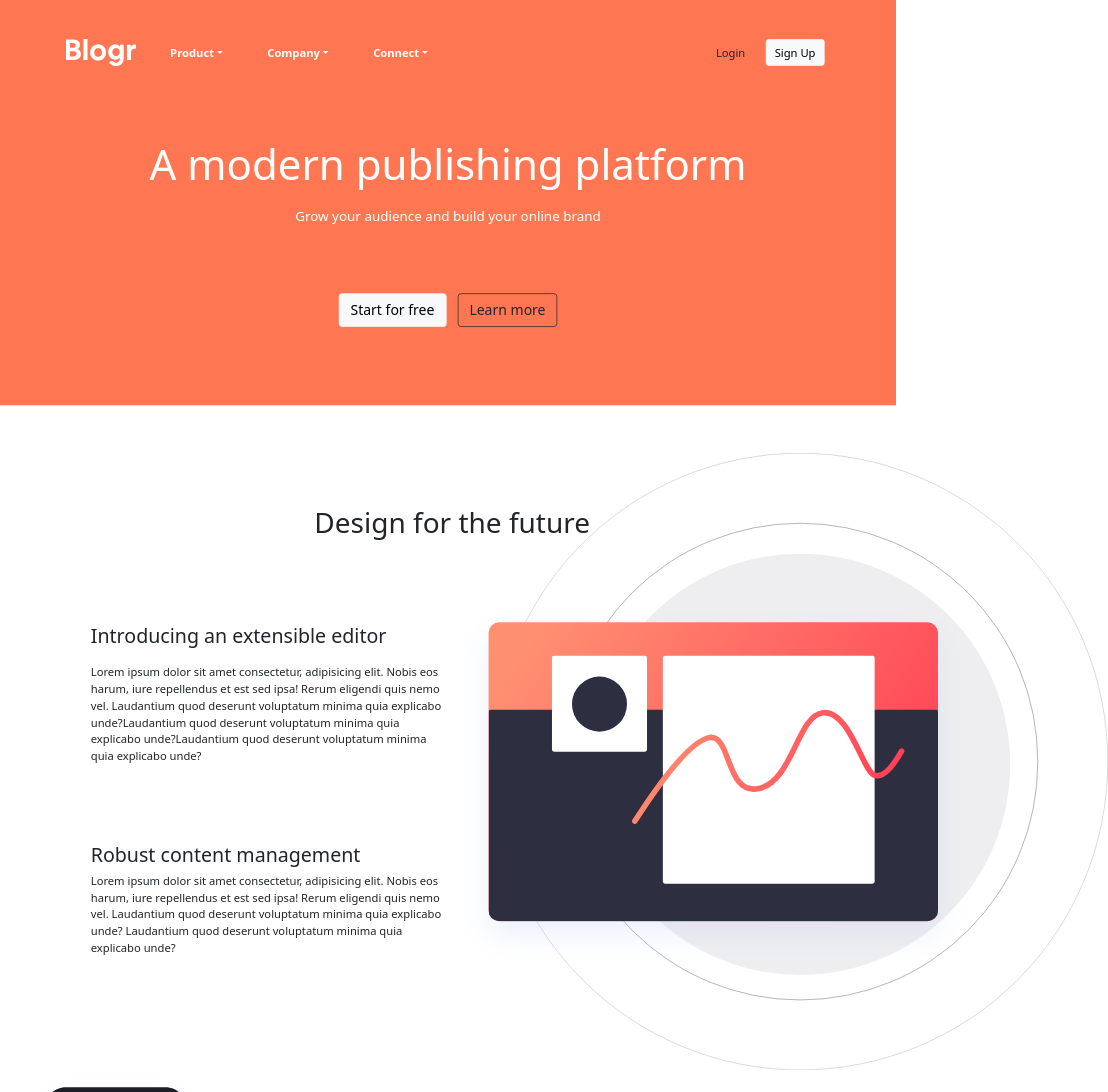
Repository: badhon252/blogr-landing-page
Page: /
An editor plug-in stored every save of this project. The page is shown before and after the next save, followed by the edit.
The browser window is 1280 px wide. The page is 1583 px wide, so the pictures cover 1583 px, including what lies to the right of the window. The pictures show the part of the page from y = 0 to 1560 px (the page is 3222 px tall), at 70% of full size.
The project was rebuilt for these pictures with package versions that can differ from the ones it lists, and the page was loaded fresh each time.

Above is the page before, as saved 2022-01-18 22:50:12.

### public/index.html
<!DOCTYPE html>
<html lang="en">

<head>
  <meta charset="utf-8" />
  <link rel="icon" href="%PUBLIC_URL%/favicon.ico" />
  <meta name="viewport" content="width=device-width, initial-scale=1" />
  <meta name="theme-color" content="#000000" />
  <meta name="description" content="Web site created using create-react-app" />
  <link rel="apple-touch-icon" href="%PUBLIC_URL%/logo192.png" />

  <link rel="manifest" href="%PUBLIC_URL%/manifest.json" />
  <!-- Bootstrap css  -->
  <link href="https://cdn.jsdelivr.net/npm/bootstrap@5.1.3/dist/css/bootstrap.min.css" rel="stylesheet"
    integrity="sha384-1BmE4kWBq78iYhFldvKuhfTAU6auU8tT94WrHftjDbrCEXSU1oBoqyl2QvZ6jIW3" crossorigin="anonymous">


  <title>Blogr</title>
</head>

<body>
  <noscript>You need to enable JavaScript to run this app.</noscript>
  <div id="root"></div>

  <!-- Bootstrap js  -->
  <script src="https://cdn.jsdelivr.net/npm/bootstrap@5.1.3/dist/js/bootstrap.bundle.min.js"
    integrity="sha384-ka7Sk0Gln4gmtz2MlQnikT1wXgYsOg+OMhuP+IlRH9sENBO0LRn5q+8nbTov4+1p"
    crossorigin="anonymous"></script>

</body>

</html>

### src/App.js
import Maincomp from "./components/MainComp";

function App() {
  return (
    <div className="App">
      <Maincomp />
    </div>
  );
}

export default App;

### src/components/MainComp.js
import React from "react";
import Fact from "./Facility/Fact";
import Footer from "./Footer/Footer";
import Header from "./Header/Header";
import Info from "./Info/Info";
import Intro from "./Intro/Intro";

const Maincomp = () => {
  return (
    <div>
      <Header />
      <Intro />
      <Fact />
      <Info />
      <Footer />
    </div>
  );
};

export default Maincomp;

### src/components/Facility/Fact.js
import React from "react";
import phones from "../../images/illustration-phones.svg";
export default function Fact() {
  return (
    <div className=" fact">
      <div className="row container">
        <div className="col-md-6">
          <img className="w-100 fact-img" src={phones} alt="Phone images" />
        </div>
        <div className="col-md-6 py-5 fact-params">
          <h3>State of the Art infrastructure</h3>
          <p>
            Lorem ipsum dolor sit amet consectetur adipisicing elit. Veniam
            culpa veritatis ut molestias consectetur minus fugit, quaerat, quos
            assumenda officia unde rerum. Nam quaerat expedita iure, voluptates
            delectus quisquam quod. Nam quaerat expedita iure, voluptates
            delectus quisquam quod.
          </p>
        </div>
      </div>
    </div>
  );
}

### src/components/Footer/Footer.js
import logo from "../../images/logo.svg";
import React from "react";
export default function Footer() {
  return (
    <div>
      <div className="footer">
        <div className="container py-5">
          <div className="row py-5 ">
            <div className="col-md-3">
              <img src={logo} alt="" />
            </div>
            <div className="col-md-3">
              <li>
                <a href="/" className="py-3 h5">
                  Product
                </a>
              </li>
              <br />
              <li>
                <a href="/" className="">
                  Overview
                </a>
              </li>
              <li>
                <a href="/" className="">
                  Pricing
                </a>
              </li>
              <li>
                <a href="/" className="">
                  MarketPlace
                </a>
              </li>
              <li>
                <a href="/" className="">
                  Features
                </a>
              </li>
              <li>
                <a href="/" className="">
                  Integrations
                </a>
              </li>
            </div>
            <div className="col-md-3">
              <li>
                <a href="/" className="py-3 h5">
                  Company
                </a>
              </li>
              <br />
              <li>
                <a href="/" className="">
                  About
                </a>
              </li>
              <li>
                <a href="/" className="">
                  Team
                </a>
              </li>
              <li>
                <a href="/" className="">
                  Blog
                </a>
              </li>
              <li>
                <a href="/" className="">
                  Careers
                </a>
              </li>
            </div>
            <div className="col-md-3">
              <li>
                <a href="/" className="py-5 h5">
                  Connect
                </a>
              </li>
              <br />
              <li>
                <a href="/" className="">
                  Connect
                </a>
              </li>
              <li>
                <a href="/" className="">
                  Newslatter
                </a>
              </li>
              <li>
                <a href="/" className="">
                  LinkIn
                </a>
              </li>
            </div>
          </div>
        </div>
      </div>
    </div>
  );
}

### src/components/Header/Header.js
import React from "react";
import Nav from "./Nav";
import "../styles/index.css";
import HeaderContent from "./HeaderContent";

export default function Header() {
  return (
    <div className="header">
      <div className="container">
        <Nav />
        <HeaderContent />
      </div>
    </div>
  );
}

### src/components/Info/Info.js
import React from "react";
import Logo from "../../images/illustration-laptop-desktop.svg";
import "../styles/index.css";

export default function Info() {
  return (
    <div className="container-fluid">
      <div className="row ms-auto pt-5 mt-5">
        <div className="col-md-6">
          <img
            className=" info-img"
            src={Logo}
            alt="This is MobileLogo svg img"
          ></img>
        </div>
        <div className="col-md-6 info-param">
          <div className=" py-3">
            <h3 className="py-3">Free, Open, Simple</h3>
            <p>
              Lorem ipsum dolor sit amet consectetur, adipisicing elit. Nobis
              eos harum, iure repellendus et est sed ipsa! Rerum eligendi quis
              nemo vel. Laudantium quod deserunt voluptatum minima quia
              explicabo unde?Laudantium quod deserunt voluptatum minima quia
              explicabo unde?Laudantium quod deserunt voluptatum minima quia
              explicabo unde?
            </p>
          </div>
          <div className="py-3">
            <h3>Powerfull Tooling</h3>
            <p>
              Lorem ipsum dolor sit amet consectetur, adipisicing elit. Nobis
              eos harum, iure repellendus et est sed ipsa! Rerum eligendi quis
              nemo vel. Laudantium quod deserunt voluptatum minima quia
              explicabo unde? Laudantium quod deserunt voluptatum minima quia
              explicabo unde?
            </p>
          </div>
        </div>
      </div>
    </div>
  );
}

### src/components/Intro/Intro.js
import React from "react";
import MobileLogo from "../../images/illustration-editor-desktop.svg";
import "../styles/index.css";

export default function Intro() {
  return (
    <div className="container-fluid">
      <div className="row ms-auto pt-5 mt-5">
        <h1 className="intro-h1 py-5">Design for the future</h1>
        <div className="col-md-1"></div>
        <div className="col-md-5">
          <div className=" py-5">
            <h3 className="py-3">Introducing an extensible editor</h3>
            <p>
              Lorem ipsum dolor sit amet consectetur, adipisicing elit. Nobis
              eos harum, iure repellendus et est sed ipsa! Rerum eligendi quis
              nemo vel. Laudantium quod deserunt voluptatum minima quia
              explicabo unde?Laudantium quod deserunt voluptatum minima quia
              explicabo unde?Laudantium quod deserunt voluptatum minima quia
              explicabo unde?
            </p>
          </div>
          <div className="py-5">
            <h3>Robust content management</h3>
            <p>
              Lorem ipsum dolor sit amet consectetur, adipisicing elit. Nobis
              eos harum, iure repellendus et est sed ipsa! Rerum eligendi quis
              nemo vel. Laudantium quod deserunt voluptatum minima quia
              explicabo unde? Laudantium quod deserunt voluptatum minima quia
              explicabo unde?
            </p>
          </div>
        </div>
        <div className="col-md-6 intro-img">
          <img src={MobileLogo} alt="This is MobileLogo svg img"></img>
          <div></div>
        </div>
      </div>
    </div>
  );
}

### src/components/Header/Nav.js
import React from "react";
import "../styles/index.css";
import logo from "../../images/logo.svg";
const Nav = () => {
  return (
    <div>
      <nav className="navbar navbar-expand-lg py-5">
        <div className="container-fluid">
          <a className="navbar-brand" href="/">
            <img src={logo} alt="Blogr" />
          </a>
          <button
            className="navbar-toggler"
            type="button"
            data-bs-toggle="collapse"
            data-bs-target="#navbarSupportedContent"
            aria-controls="navbarSupportedContent"
            aria-expanded="false"
            aria-label="Toggle navigation"
          >
            <span className="navbar-toggler-icon"></span>
          </button>
          <div className="collapse navbar-collapse" id="navbarSupportedContent">
            <ul className="navbar-nav mb-2 mb-lg-0 nav-css">
              <li className="nav-item dropdown px-4">
                <a
                  className="nav-link dropdown-toggle"
                  href="/"
                  id="navbarDropdown"
                  role="button"
                  data-bs-toggle="dropdown"
                  aria-expanded="false"
                >
                  Product
                </a>
                <ul className="dropdown-menu" aria-labelledby="navbarDropdown">
                  <li>
                    <a className="dropdown-item" href="/">
                      Action
                    </a>
                  </li>
                  <li>
                    <a className="dropdown-item" href="/">
                      Another action
                    </a>
                  </li>
                  <li>
                    <hr className="dropdown-divider" />
                  </li>
                  <li>
                    <a className="dropdown-item" href="/">
                      Something else here
                    </a>
                  </li>
                </ul>
              </li>{" "}
              <li className="nav-item dropdown px-4">
                <a
                  className="nav-link dropdown-toggle"
                  href="/"
                  id="navbarDropdown"
                  role="button"
                  data-bs-toggle="dropdown"
                  aria-expanded="false"
                >
                  Company
                </a>
                <ul className="dropdown-menu" aria-labelledby="navbarDropdown">
                  <li>
                    <a className="dropdown-item" href="/">
                      Action
                    </a>
                  </li>
                  <li>
                    <a className="dropdown-item" href="/">
                      Another action
                    </a>
                  </li>
                  <li>
                    <hr className="dropdown-divider" />
                  </li>
                  <li>
                    <a className="dropdown-item" href="/">
                      Something else here
                    </a>
                  </li>
                </ul>
              </li>{" "}
              <li className="nav-item dropdown px-4">
                <a
                  className="nav-link dropdown-toggle"
                  href="/"
                  id="navbarDropdown"
                  role="button"
                  data-bs-toggle="dropdown"
                  aria-expanded="false"
                >
                  Connect
                </a>
                <ul className="dropdown-menu" aria-labelledby="navbarDropdown">
                  <li>
                    <a className="dropdown-item" href="/">
                      Action
                    </a>
                  </li>
                  <li>
                    <a className="dropdown-item" href="/">
                      Another action
                    </a>
                  </li>
                  <li>
                    <hr className="dropdown-divider" />
                  </li>
                  <li>
                    <a className="dropdown-item" href="/">
                      Something else here
                    </a>
                  </li>
                </ul>
              </li>
            </ul>
            {/* login & sign-up */}
            <ul className="navbar-nav ms-auto">
              <li className="nav-login">
                <a className="nav-link" href="/">
                  <button type="button" class="btn">
                    Login
                  </button>
                </a>
              </li>{" "}
              <li className="nav-signup">
                <a className="nav-link" href="/">
                  <button type="button" class="btn btn-light">
                    Sign Up
                  </button>
                </a>
              </li>
            </ul>
          </div>
        </div>
      </nav>
    </div>
  );
};

export default Nav;

### src/components/styles/index.css
.header {
  background-color: #ff7752;
  color: rgb(255, 255, 255);
  /* clip-path: circle(73.8% at 63% 38%); */
}
/* .header-nav {
  color: #fff;

} */
/* .singup,
.login {
  color: aliceblue;
} */

.nav-css .nav-item .nav-link {
  text-decoration: none;
  color: white;
  font-weight: 700;
}

.header-param {
  text-align: center;
}
.header-param h1 {
  font-size: 60px;
}
.header-param p {
  font-size: 1.2rem;
}
/* .header-param .h-btn {
  -webkit-border-radius: 28;
  -moz-border-radius: 28;
  border-radius: 28px;
  font-family: Arial;
  color: #000000;
  font-size: 20px;
  background: #f5f5f5;
  padding: 10px 20px 10px 20px;
  text-decoration: none;
} */

/* Intro ======= */
.intro-h1 {
  text-align: center;
}
.intro-img {
  /* max-width: 100%; */
  margin-top: -180px;
}

/* facility ========== */
.fact {
  margin-top: 80px;
  background-color: rgb(17, 37, 67);
  color: white;
  height: 370px;
  border-radius: 0px 70px 0px 70px;
}
.fact-params {
  margin: auto 0;
}
.fact-img {
  margin-top: -75px;
}

/* info =========== */
.info-img {
  margin-left: -295px;
  min-width: 100%;
}
.info-param {
  margin: auto 0;
}

/* footer ======= */

.footer {
  background-color: rgb(22, 21, 55);
}

.footer li a {
  color: white;
  text-decoration: none;
  list-style-type: none;
}

### src/components/Header/HeaderContent.js
import React from "react";
import "../styles/index.css";
export default function HeaderContent() {
  return (
    <div>
      <div className="py-5 header-param">
        <h1 className="">A modern publishing platform</h1>
        <p className="header-p py-3 ">
          Grow your audience and build your online brand
        </p>
        {/* btn  */}
        <div className="px-5 py-5">
          <button type="button" class="btn btn-lg btn-light me-3 my-3">
            Start for free
          </button>
          <button type="button" class="btn btn-lg btn-outline-dark">
            Learn more
          </button>
        </div>
      </div>
    </div>
  );
}

Loaded but not shown: src/index.js (common file); src/reportWebVitals.js (common file)

After the next save:
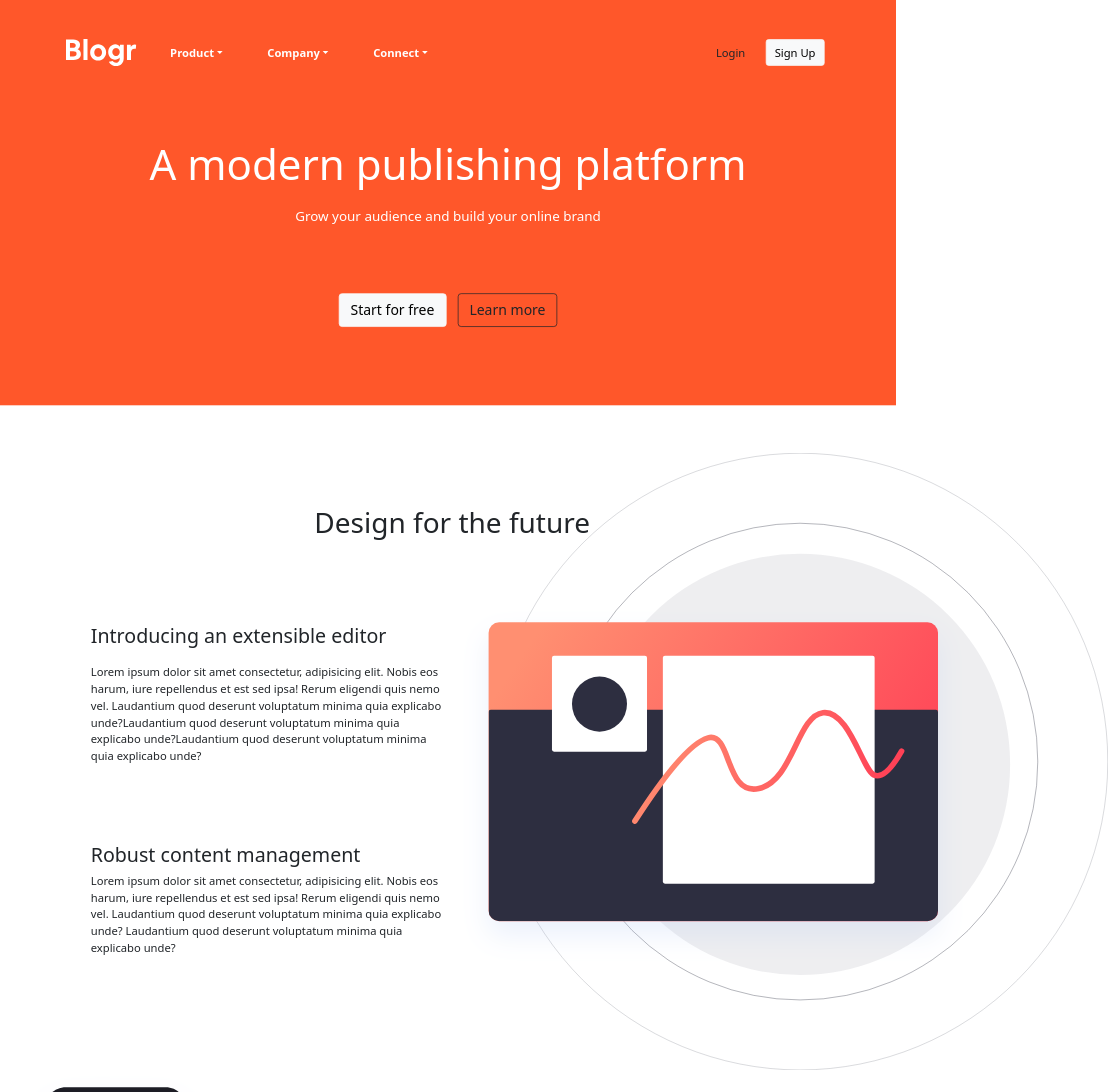
Saved 43 s later.
--- a/src/components/styles/index.css
+++ b/src/components/styles/index.css
@@ -1,5 +1,5 @@
 .header {
-  background-color: #ff7752;
+  background-color: #ff572a;
   color: rgb(255, 255, 255);
   /* clip-path: circle(73.8% at 63% 38%); */
 }
